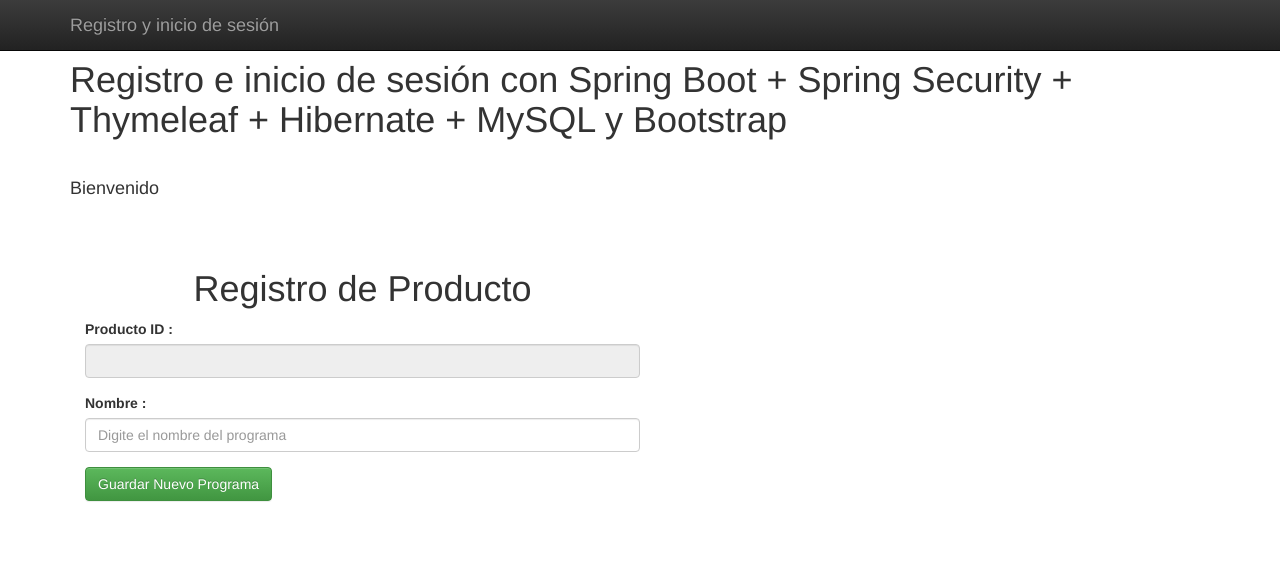
Repository: AndresBR2003/Proyecto-Integrador
Page: http://localhost/editar_programa
An editor plug-in stored every save of this project. The page is shown before and after a run of saves, followed by the edit.
The browser window is 1280 px wide. The pictures show the whole page.
The page is this project's Thymeleaf template; nobody is signed in. The template is opened directly, without the code that normally fills it, so the values that code supplies are empty.

Above is the page before, as saved 2023-10-15 22:05:38.
Console error (its wording comes from the project's code and is left out).

After the next 4 saves:
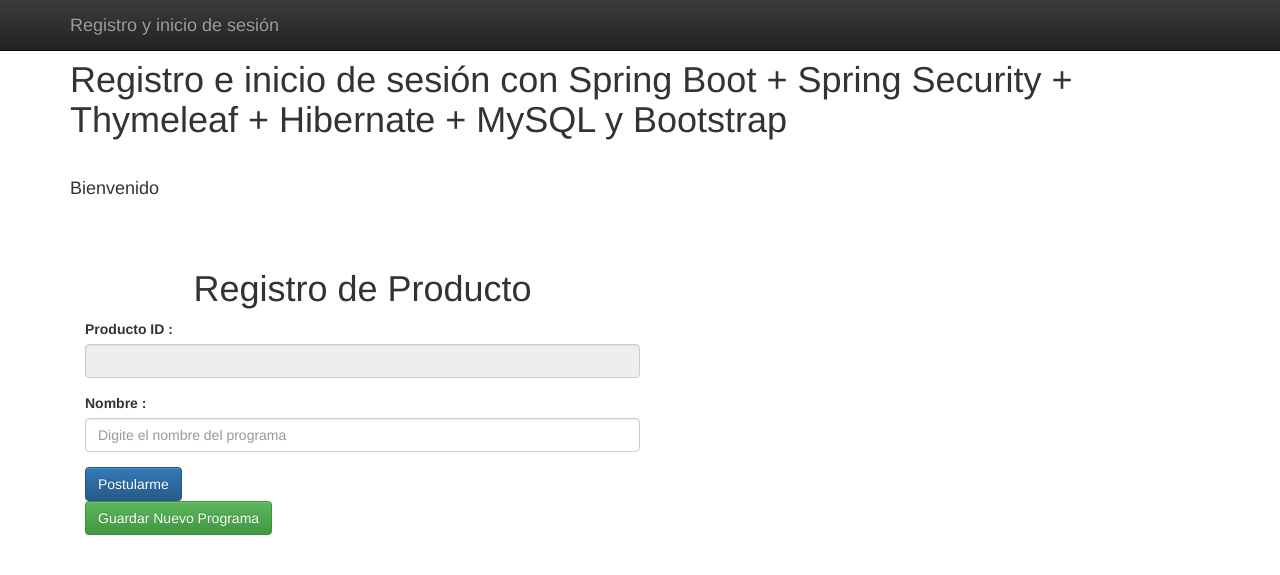
The 4 saves are shown as one change because 3 did not build or start.
The last was saved 6 min 33 s later.
--- a/UnidosPorUnPerúMejor/src/main/resources/templates/editar_programa.html
+++ b/UnidosPorUnPerúMejor/src/main/resources/templates/editar_programa.html
@@ -71,7 +71,9 @@
 							<label>Nombre : </label>
 							<input type="text" name="nombre" th:field="*{nombrePro}" class="form-control" placeholder="Digite el nombre del programa" required>
 						</div>
-
+						<div>
+						<a class="btn btn-primary">Postularme</a>
+						</div>
 						<div>
 							<button class="btn btn-success">Guardar Nuevo Programa</button>
 						</div>
